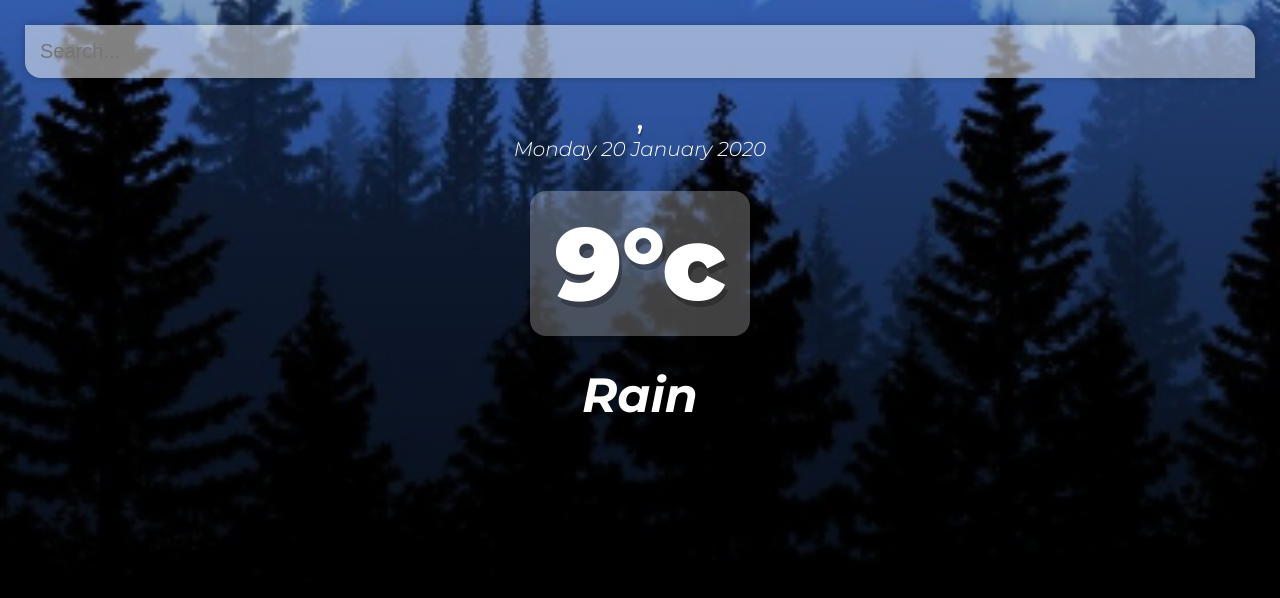
Repository: AbApin/vue-simple-weather-app
Page: /
These files come from the project's save history. The page is drawn as it stood at one moment and after a run of saves; the edit follows.
The browser window is 1280 px wide. The pictures show the whole page.
The project was rebuilt for these pictures with package versions that can differ from the ones it lists, and the page was loaded fresh each time. Also part of the build but not shown: vue.config.js.

Above is the page before, as saved 2022-11-24 12:52:46.

After the next 2 saves:
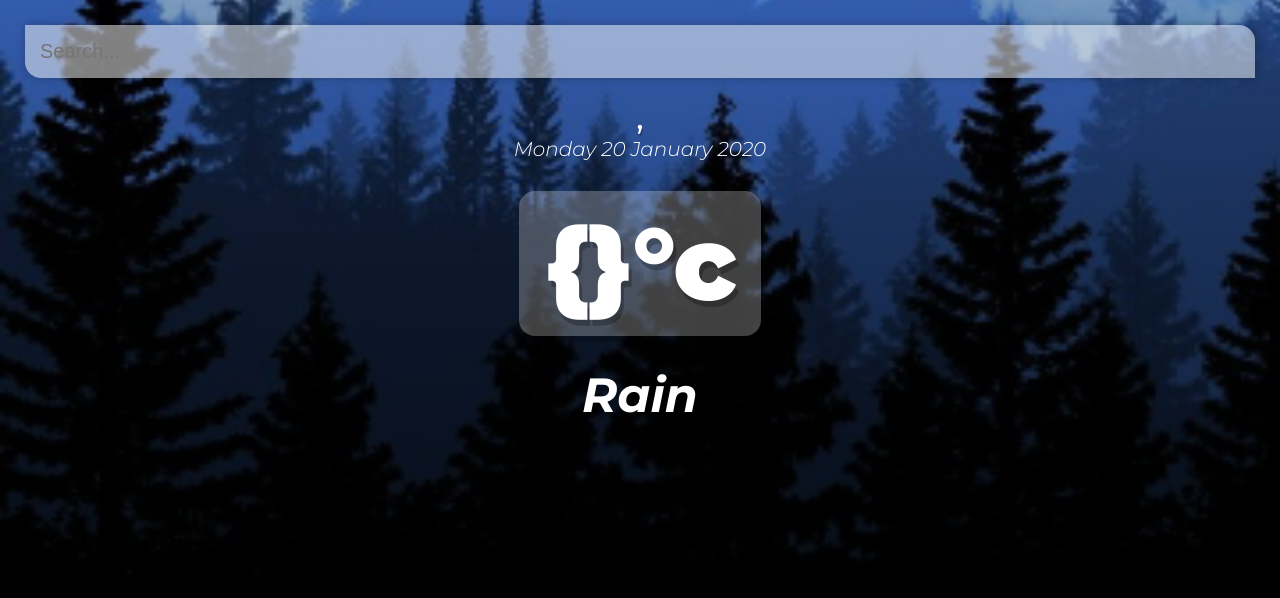
The 2 saves are shown as one change because they came seconds apart.
The last was saved 31 s later.
--- a/src/App.vue
+++ b/src/App.vue
@@ -19,7 +19,7 @@
       </div>
 
       <div class="weather-box">
-        <p class="temp">9°c</p>
+        <p class="temp">{}°c</p>
         <p class="weather">Rain</p>
       </div>
     </main>
